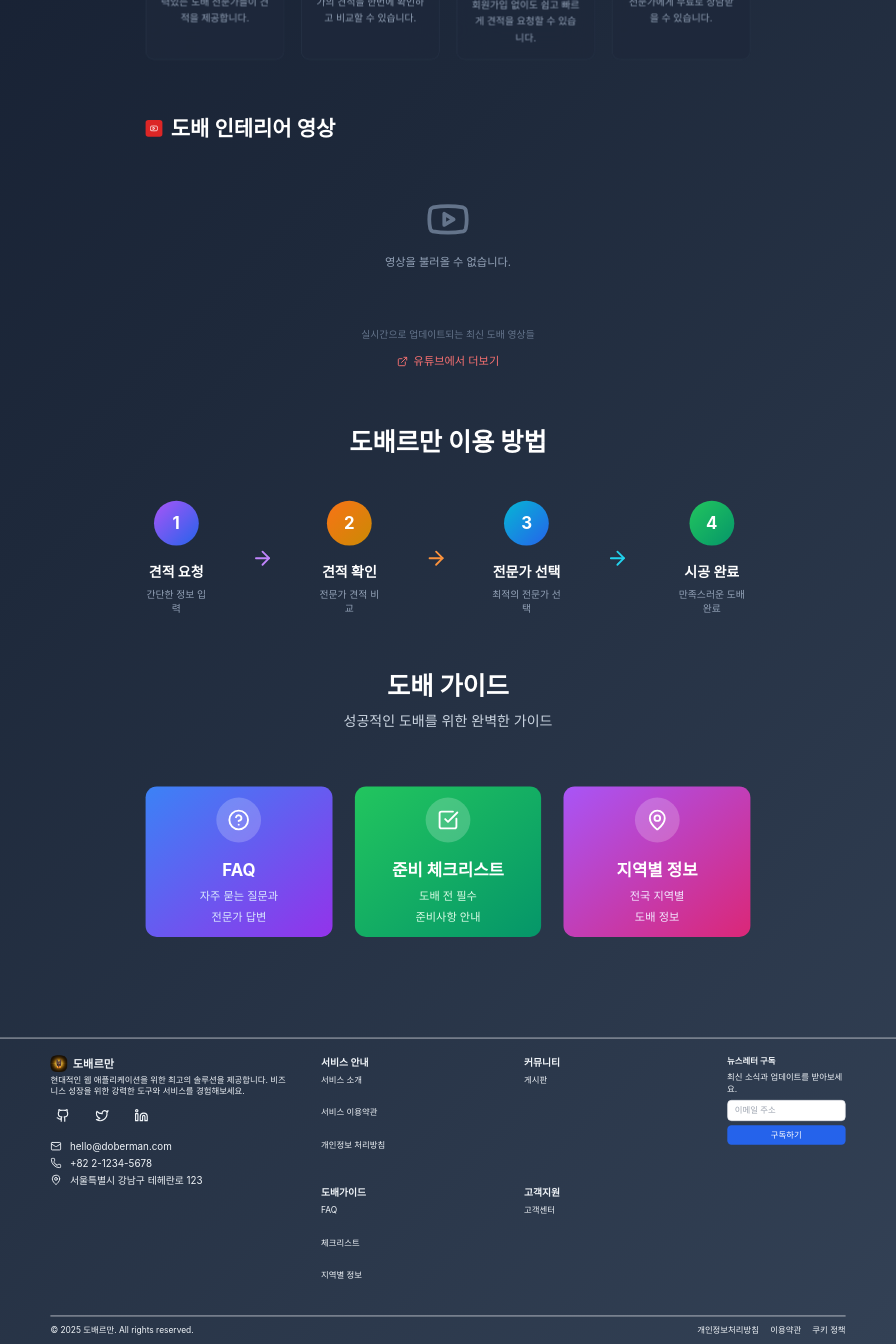
Repository: rambozzang/doberman_nextjs
Page: /
An editor plug-in stored every save of this project. The page is shown before and after the next save, followed by the edit.
The browser window is 1280 px wide. The pictures show the part of the page from y = 1519 to 3439 px (the page is 3439 px tall), at 70% of full size.
The page's requests for data from a server got no answer. The project was rebuilt for these pictures with package versions that can differ from the ones it lists, and the page was loaded fresh each time. The framework's server and built-in components were replaced by stand-ins that run in the browser. No one was signed in, and anything a server would have sent is missing. Also part of the build but not shown: next.config.mjs, next.config.ts, src/components/AutoLogoutWarning.tsx, src/components/ForgotPasswordModal.tsx, src/components/LoginModal.tsx, src/components/RegisterModal.tsx.

Above is the page before, as saved 2025-06-28 01:40:34.

### src/components/Footer.tsx
"use client";

import React, { useState } from "react";
import Link from "next/link";
import { motion, AnimatePresence } from "framer-motion";
import { Github, Twitter, Linkedin, Mail, Phone, MapPin, ChevronDown } from "lucide-react";

import Image from "next/image";

interface FooterLink {
  title: string;
  href: string;
}

interface FooterSection {
  title: string;
  links: FooterLink[];
}

interface SocialLink {
  name: string;
  href: string;
  icon: React.ReactNode;
}

interface FooterProps {
  logo?: string;
  description?: string;
  sections?: FooterSection[];
  socialLinks?: SocialLink[];
  contactInfo?: {
    email?: string;
    phone?: string;
    address?: string;
  };
  showNewsletter?: boolean;
}

const defaultSections: FooterSection[] = [
  {
    title: "서비스 안내",
    links: [
      { title: "서비스 소개", href: "/service-intro" },
      { title: "서비스 이용약관", href: "/terms-of-service" },
      { title: "개인정보 처리방침", href: "/privacy-policy" },
    ],
  },
  {
    title: "커뮤니티",
    links: [{ title: "게시판", href: "/board" }],
  },
  {
    title: "도배가이드",
    links: [
      { title: "FAQ", href: "/faq" },
      { title: "체크리스트", href: "/checklist" },
      { title: "지역별 정보", href: "/regional-guide" },
    ],
  },
  {
    title: "고객지원",
    links: [{ title: "고객센터", href: "/customer-support" }],
  },
];

const defaultSocialLinks: SocialLink[] = [
  {
    name: "GitHub",
    href: "https://github.com",
    icon: <Github className="w-5 h-5" />,
  },
  {
    name: "Twitter",
    href: "https://twitter.com",
    icon: <Twitter className="w-5 h-5" />,
  },
  {
    name: "LinkedIn",
    href: "https://linkedin.com",
    icon: <Linkedin className="w-5 h-5" />,
  },
];

const Footer: React.FC<FooterProps> = ({
  logo = "도배르만",
  description = "현대적인 웹 애플리케이션을 위한 최고의 솔루션을 제공합니다. 비즈니스 성장을 위한 강력한 도구와 서비스를 경험해보세요.",
  sections = defaultSections,
  socialLinks = defaultSocialLinks,
  contactInfo = {
    email: "hello@doberman.com",
    phone: "+82 2-1234-5678",
    address: "서울특별시 강남구 테헤란로 123",
  },
  showNewsletter = true,
}) => {
  // 모바일 아코디언 상태 관리
  const [expandedSections, setExpandedSections] = useState<Record<string, boolean>>({});

  // 아코디언 토글 함수
  const toggleSection = (sectionTitle: string) => {
    setExpandedSections(prev => ({
      ...prev,
      [sectionTitle]: !prev[sectionTitle]
    }));
  };

  const handleNewsletterSubmit = (e: React.FormEvent) => {
    e.preventDefault();
    // 뉴스레터 구독 로직
    console.log("뉴스레터 구독");
  };

  return (
    <footer className="bg-background border-t border-border">
      <div className="container mx-auto px-4 sm:px-6 lg:px-8">
        {/* Main Footer Content */}
        <div className="py-4 sm:py-6 lg:py-6">
          <div className="grid grid-cols-1 md:grid-cols-2 lg:grid-cols-12 gap-3 sm:gap-4 lg:gap-6">
            {/* Company Info */}
            <div className="md:col-span-2 lg:col-span-4 space-y-2 sm:space-y-3 lg:space-y-2">
              <motion.div
                initial={{ opacity: 0, y: 20 }}
                whileInView={{ opacity: 1, y: 0 }}
                transition={{ duration: 0.5 }}
                viewport={{ once: true }}
              >
                <Link href="/" className="flex items-center space-x-2 mb-1 sm:mb-2 lg:mb-1">
                  <Image src="/logo.png" alt="logo" width={20} height={20} className="sm:w-6 sm:h-6 lg:w-6 lg:h-6" />
                  <span className="text-sm sm:text-base lg:text-base font-bold text-foreground">{logo}</span>
                </Link>
                <p className="text-muted-foreground text-xs sm:text-sm lg:text-xs leading-snug pr-4 line-clamp-2">
                  {description}
                </p>
              </motion.div>

              {/* Social Links */}
              <motion.div
                initial={{ opacity: 0, y: 20 }}
                whileInView={{ opacity: 1, y: 0 }}
                transition={{ duration: 0.5, delay: 0.1 }}
                viewport={{ once: true }}
                className="flex space-x-2 sm:space-x-3 lg:space-x-3"
              >
                {socialLinks.map((social) => (
                  <motion.a
                    key={social.name}
                    href={social.href}
                    target="_blank"
                    rel="noopener noreferrer"
                    whileHover={{ scale: 1.1 }}
                    whileTap={{ scale: 0.95 }}
                    className="p-1.5 sm:p-2 lg:p-2 rounded-lg bg-accent/50 text-muted-foreground hover:text-foreground hover:bg-accent transition-colors touch-target"
                    aria-label={social.name}
                  >
                    <div className="w-4 h-4 sm:w-4 sm:h-4 lg:w-4 lg:h-4">
                      {social.icon}
                    </div>
                  </motion.a>
                ))}
              </motion.div>

              {/* Contact Info */}
              {contactInfo && (
                <motion.div
                  initial={{ opacity: 0, y: 20 }}
                  whileInView={{ opacity: 1, y: 0 }}
                  transition={{ duration: 0.5, delay: 0.2 }}
                  viewport={{ once: true }}
                  className="space-y-1 sm:space-y-1.5 lg:space-y-1"
                >
                  {contactInfo.email && (
                    <div className="flex items-center space-x-2 sm:space-x-3 text-xs sm:text-sm text-muted-foreground">
                      <Mail className="w-3 h-3 sm:w-4 sm:h-4 flex-shrink-0" />
                      <span className="break-all">{contactInfo.email}</span>
                    </div>
                  )}
                  {contactInfo.phone && (
                    <div className="flex items-center space-x-2 sm:space-x-3 text-xs sm:text-sm text-muted-foreground">
                      <Phone className="w-3 h-3 sm:w-4 sm:h-4 flex-shrink-0" />
                      <span>{contactInfo.phone}</span>
                    </div>
                  )}
                  {contactInfo.address && (
                    <div className="flex items-start space-x-2 sm:space-x-3 text-xs sm:text-sm text-muted-foreground">
                      <MapPin className="w-3 h-3 sm:w-4 sm:h-4 flex-shrink-0 mt-0.5" />
                      <span className="leading-relaxed">{contactInfo.address}</span>
                    </div>
                  )}
                </motion.div>
              )}
            </div>

            {/* Footer Links */}
            <div className="md:col-span-2 lg:col-span-6">
              {/* 데스크톱 버전 - 기존 그리드 */}
              <div className="hidden md:grid grid-cols-2 gap-3 sm:gap-4 lg:gap-6">
                {sections.map((section, index) => (
                  <motion.div
                    key={section.title}
                    initial={{ opacity: 0, y: 20 }}
                    whileInView={{ opacity: 1, y: 0 }}
                    transition={{ duration: 0.5, delay: index * 0.1 }}
                    viewport={{ once: true }}
                    className="space-y-1.5 sm:space-y-2 lg:space-y-1.5"
                  >
                    <h3 className="text-xs sm:text-sm lg:text-sm font-semibold text-foreground">
                      {section.title}
                    </h3>
                    <ul className="space-y-0.5 sm:space-y-1 lg:space-y-0.5">
                      {section.links.map((link) => (
                        <li key={link.title}>
                          <Link
                            href={link.href}
                            className="text-xs sm:text-sm lg:text-xs text-muted-foreground hover:text-foreground transition-colors block py-0.5 lg:py-0.5 touch-target"
                          >
                            {link.title}
                          </Link>
                        </li>
                      ))}
                    </ul>
                  </motion.div>
                ))}
              </div>

              {/* 모바일 버전 - 아코디언 */}
              <div className="md:hidden space-y-2">
                {sections.map((section, index) => (
                  <motion.div
                    key={section.title}
                    initial={{ opacity: 0, y: 20 }}
                    whileInView={{ opacity: 1, y: 0 }}
                    transition={{ duration: 0.5, delay: index * 0.1 }}
                    viewport={{ once: true }}
                    className="border border-slate-700/30 rounded-lg bg-slate-800/20 overflow-hidden"
                  >
                    {/* 아코디언 헤더 */}
                    <button
                      onClick={() => toggleSection(section.title)}
                      className="w-full flex items-center justify-between p-4 text-left hover:bg-slate-700/20 transition-colors touch-target"
                    >
                      <h3 className="text-sm font-semibold text-foreground">
                        {section.title}
                      </h3>
                      <motion.div
                        animate={{ rotate: expandedSections[section.title] ? 180 : 0 }}
                        transition={{ duration: 0.2 }}
                      >
                        <ChevronDown className="w-4 h-4 text-muted-foreground" />
                      </motion.div>
                    </button>

                    {/* 아코디언 컨텐츠 */}
                    <AnimatePresence>
                      {expandedSections[section.title] && (
                        <motion.div
                          initial={{ height: 0, opacity: 0 }}
                          animate={{ height: "auto", opacity: 1 }}
                          exit={{ height: 0, opacity: 0 }}
                          transition={{ duration: 0.3, ease: "easeInOut" }}
                          className="overflow-hidden"
                        >
                          <div className="px-4 pb-4 border-t border-slate-700/30">
                            <ul className="space-y-2 pt-3">
                              {section.links.map((link) => (
                                <motion.li
                                  key={link.title}
                                  initial={{ opacity: 0, x: -10 }}
                                  animate={{ opacity: 1, x: 0 }}
                                  transition={{ duration: 0.2 }}
                                >
                                  <Link
                                    href={link.href}
                                    className="text-sm text-muted-foreground hover:text-foreground transition-colors block py-2 px-2 rounded hover:bg-slate-700/20 touch-target"
                                  >
                                    {link.title}
                                  </Link>
                                </motion.li>
                              ))}
                            </ul>
                          </div>
                        </motion.div>
                      )}
                    </AnimatePresence>
                  </motion.div>
                ))}
              </div>
            </div>

            {/* Newsletter */}
            {showNewsletter && (
              <div className="md:col-span-2 lg:col-span-2">
                <motion.div
                  initial={{ opacity: 0, y: 20 }}
                  whileInView={{ opacity: 1, y: 0 }}
                  transition={{ duration: 0.5, delay: 0.3 }}
                  viewport={{ once: true }}
                  className="space-y-2 lg:space-y-2"
                >
                  <h3 className="text-xs sm:text-sm lg:text-xs font-semibold text-foreground">
                    뉴스레터 구독
                  </h3>
                  <p className="text-xs sm:text-sm lg:text-xs text-muted-foreground">
                    최신 소식과 업데이트를 받아보세요.
                  </p>
                  <form onSubmit={handleNewsletterSubmit} className="space-y-1.5 lg:space-y-1.5">
                    <input
                      type="email"
                      placeholder="이메일 주소"
                      className="w-full px-2 py-1 lg:px-2.5 lg:py-1.5 text-xs lg:text-xs bg-background border border-border rounded-md focus:outline-none focus:ring-2 focus:ring-primary focus:border-transparent"
                      required
                    />
                    <button
                      type="submit"
                      className="w-full px-2 py-1 lg:px-2.5 lg:py-1.5 text-xs lg:text-xs bg-blue-600 text-white rounded-md hover:bg-blue-700 transition-colors"
                    >
                      구독하기
                    </button>
                  </form>
                </motion.div>
              </div>
            )}
          </div>
        </div>

        {/* Bottom Bar */}
        <motion.div
          initial={{ opacity: 0 }}
          whileInView={{ opacity: 1 }}
          transition={{ duration: 0.5, delay: 0.4 }}
          viewport={{ once: true }}
          className="py-3 lg:py-3 border-t border-border"
        >
          <div className="flex flex-col md:flex-row justify-between items-center space-y-1 md:space-y-0">
            <div className="text-xs sm:text-sm lg:text-xs text-muted-foreground">
              © {new Date().getFullYear()} {logo}. All rights reserved.
            </div>
            <div className="flex space-x-3 lg:space-x-4">
              <Link
                href="/privacy"
                className="text-xs sm:text-sm lg:text-xs text-muted-foreground hover:text-foreground transition-colors"
              >
                개인정보처리방침
              </Link>
              <Link
                href="/terms"
                className="text-xs sm:text-sm lg:text-xs text-muted-foreground hover:text-foreground transition-colors"
              >
                이용약관
              </Link>
              <Link
                href="/cookies"
                className="text-xs sm:text-sm lg:text-xs text-muted-foreground hover:text-foreground transition-colors"
              >
                쿠키 정책
              </Link>
            </div>
          </div>
        </motion.div>
      </div>
    </footer>
  );
};

export default Footer;

Loaded but not shown: tailwind.config.js (145 lines, source omitted); src/app/page.tsx (898 lines, source omitted); src/components/Header.tsx (549 lines, source omitted); src/app/globals.css (891 lines, source omitted); src/lib/api.ts (171 lines, source omitted); src/services/authService.ts (116 lines, source omitted); src/hooks/useAutoLogout.ts (132 lines, source omitted); src/providers/AuthProvider.tsx (116 lines, source omitted); src/lib/auth.ts (99 lines, source omitted); src/store/useStore.ts (38 lines, source omitted); src/components/AdSense.tsx (41 lines, source omitted); src/providers/GlobalProvider.tsx (33 lines, source omitted); src/providers/QueryProvider.tsx (25 lines, source omitted); src/services/youtubeService.ts (9 lines, source omitted); src/app/layout.tsx (264 lines, source omitted)

After the next save:
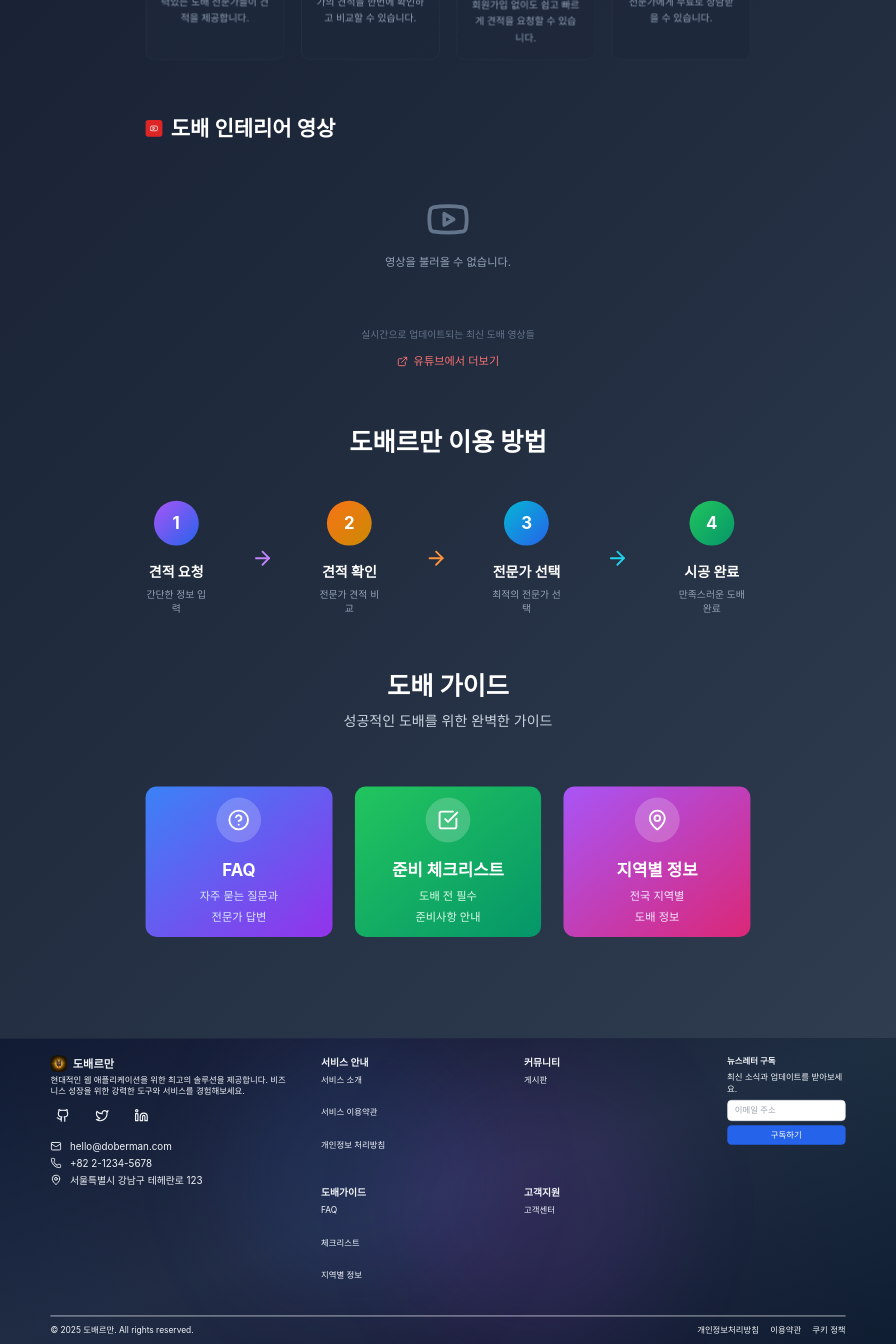
Saved 2 min 23 s later.
--- a/src/components/Footer.tsx
+++ b/src/components/Footer.tsx
@@ -111,8 +111,13 @@ const Footer: React.FC<FooterProps> = ({
   };
 
   return (
-    <footer className="bg-background border-t border-border">
-      <div className="container mx-auto px-4 sm:px-6 lg:px-8">
+    <footer className="relative bg-gradient-to-br from-slate-900 via-slate-800 to-slate-900 border-t border-slate-700/50 overflow-hidden">
+      {/* Background Effects */}
+      <div className="absolute inset-0 bg-gradient-to-r from-blue-600/5 via-purple-600/5 to-cyan-600/5"></div>
+      <div className="absolute top-0 left-1/4 w-96 h-96 bg-blue-500/10 rounded-full blur-3xl"></div>
+      <div className="absolute bottom-0 right-1/4 w-96 h-96 bg-purple-500/10 rounded-full blur-3xl"></div>
+
+      <div className="relative container mx-auto px-4 sm:px-6 lg:px-8">
         {/* Main Footer Content */}
         <div className="py-4 sm:py-6 lg:py-6">
           <div className="grid grid-cols-1 md:grid-cols-2 lg:grid-cols-12 gap-3 sm:gap-4 lg:gap-6">
